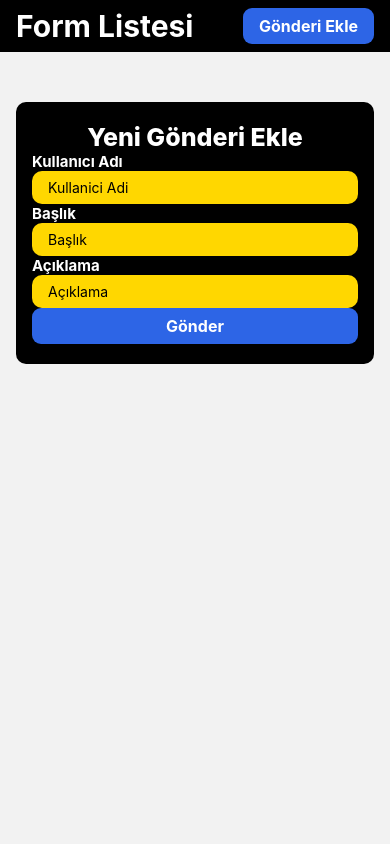
Repository: Kubraaygun/FirebaseRN
Screen: /
An editor plug-in stored every save of this project. The screen is shown before and after the next save, followed by the edit.
The app was drawn by React Native's web renderer in a window 390 px wide. The project was rebuilt for these pictures with package versions that can differ from the ones it lists, and the page was loaded fresh each time. Also part of the build but not shown: src/screens/ListPost/ListPostView.jsx, src/screens/ListPost/ListPostController.jsx.

Above is the screen before, as saved 2025-01-20 20:50:39.

### App.js
import {SafeAreaView, StyleSheet, Text, View} from 'react-native';
import React, {useState} from 'react';
import {createNativeStackNavigator} from '@react-navigation/native-stack';
import {NavigationContainer} from '@react-navigation/native';
import ListPostController from './src/screens/ListPost/ListPostController';
import AddPostController from './src/screens/AddPost/AddPostController';
import AppBar from './src/screens/component/AppBar';

const App = () => {
  const [activePage, setActivePage] = useState('Gönderiler');
  const Stack = createNativeStackNavigator();
  return (
    <SafeAreaView style={{flex: 1}}>
      <NavigationContainer>
        <AppBar activePage={activePage} setActivePage={setActivePage} />
        <Stack.Navigator
          screenOptions={{headerShown: false}}
          initialRouteName="AddPost">
          <Stack.Screen name="ListPost" component={ListPostController} />
          <Stack.Screen name="AddPost" component={AddPostController} />
        </Stack.Navigator>
      </NavigationContainer>
    </SafeAreaView>
  );
};

export default App;

const styles = StyleSheet.create({});

### src/screens/AddPost/AddPostController.jsx
import {StyleSheet, Text, View} from 'react-native';
import React from 'react';
import AddPostView from './AddPostView';

const AddPostController = () => {
  return <AddPostView />;
};

export default AddPostController;

const styles = StyleSheet.create({});

### src/screens/component/AppBar.jsx
import {StyleSheet, Text, View} from 'react-native';
import React from 'react';
import CustomButton from './CustomButton';
import {useNavigation} from '@react-navigation/native';

const AppBar = ({activePage, setActivePage}) => {
  const navigation = useNavigation();
  return (
    <View style={styles.container}>
      <Text style={styles.title}>Form Listesi</Text>
      {activePage === 'Gönderiler' ? (
        <CustomButton
          buttonTitle={'Gönderi Ekle'}
          onPress={() => {
            setActivePage('Gönderi Ekle');
            navigation.navigate('AddPost');
          }}
        />
      ) : (
        <CustomButton
          buttonTitle={'Gönderi Listesi'}
          onPress={() => {
            setActivePage('Gönderiler');
            navigation.navigate('ListPost');
          }}
        />
      )}
    </View>
  );
};

export default AppBar;

const styles = StyleSheet.create({
  container: {
    backgroundColor: '#000000',
    flexDirection: 'row',
    justifyContent: 'space-between',
    paddingHorizontal: 16,
    paddingVertical: 8,
    alignItems: 'center',
  },
  title: {
    color: 'white',
    fontSize: 30,
    fontWeight: '700',
  },
});

### src/screens/AddPost/AddPostView.jsx
import {StyleSheet, Text, TextInput, View} from 'react-native';
import React from 'react';
import CustomButton from '../component/CustomButton';

const AddPostView = () => {
  return (
    <View style={styles.form}>
      <Text style={styles.formTitle}>Yeni Gönderi Ekle</Text>
      <View style={styles.inputGroup}>
        <Text style={styles.label}>Kullanıcı Adı</Text>
        <TextInput
          style={styles.input}
          placeholder="Kullanici Adi"
          placeholderTextColor={'black'}
        />
      </View>

      <View style={styles.inputGroup}>
        <Text style={styles.label}>Başlık</Text>
        <TextInput
          style={styles.input}
          placeholder="Başlık"
          placeholderTextColor={'black'}
        />
      </View>

      <View style={styles.inputGroup}>
        <Text style={styles.label}>Açıklama</Text>
        <TextInput
          style={styles.input}
          placeholder="Açıklama"
          placeholderTextColor={'black'}
        />
      </View>

      <CustomButton buttonTitle={'Gönder'} />
    </View>
  );
};

export default AddPostView;

const styles = StyleSheet.create({
  form: {
    backgroundColor: 'black',
    marginVertical: 50,
    marginHorizontal: 16,
    paddingHorizontal: 16,
    paddingVertical: 20,
    borderRadius: 10,
  },
  formTitle: {
    color: '#FFFFFF',
    textAlign: 'center',
    fontSize: 25,
    fontWeight: '800',
  },
  label: {
    color: '#FFFFFF',
    fontSize: 15,
    fontWeight: '700',
  },
  input: {
    backgroundColor: 'gold',
    paddingHorizontal: 16,
    paddingVertical: 8,
    borderRadius: 10,
  },
});

### src/screens/component/CustomButton.jsx
import {StyleSheet, Text, TouchableOpacity, View} from 'react-native';
import React from 'react';

const CustomButton = ({buttonTitle, onPress}) => {
  return (
    <TouchableOpacity onPress={onPress} style={styles.buttonContainer}>
      <Text style={styles.buttonTitle}>{buttonTitle}</Text>
    </TouchableOpacity>
  );
};

export default CustomButton;

const styles = StyleSheet.create({
  buttonContainer: {
    backgroundColor: '#2D65E6',
    paddingHorizontal: 16,
    paddingVertical: 8,
    borderRadius: 9,
    alignItems: 'center',
    justifyContent: 'center',
  },
  buttonTitle: {
    color: '#ffffff',
    fontSize: 16,
    fontWeight: '700',
  },
});

After the next save:
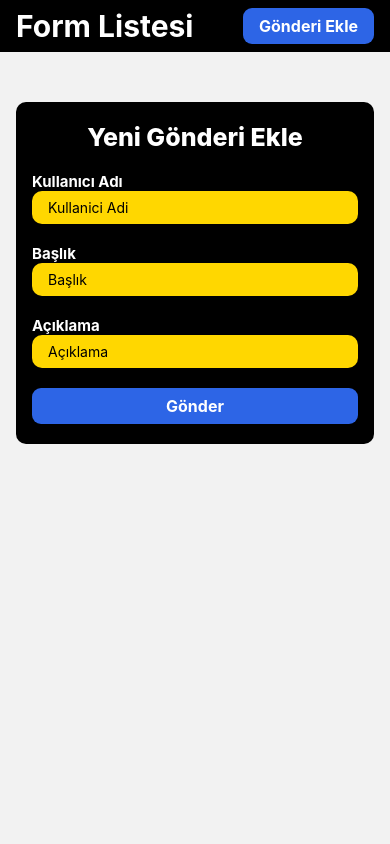
Saved 16 s later.
--- a/src/screens/AddPost/AddPostView.jsx
+++ b/src/screens/AddPost/AddPostView.jsx
@@ -48,6 +48,7 @@ const styles = StyleSheet.create({
     paddingHorizontal: 16,
     paddingVertical: 20,
     borderRadius: 10,
+    gap: 20,
   },
   formTitle: {
     color: '#FFFFFF',
